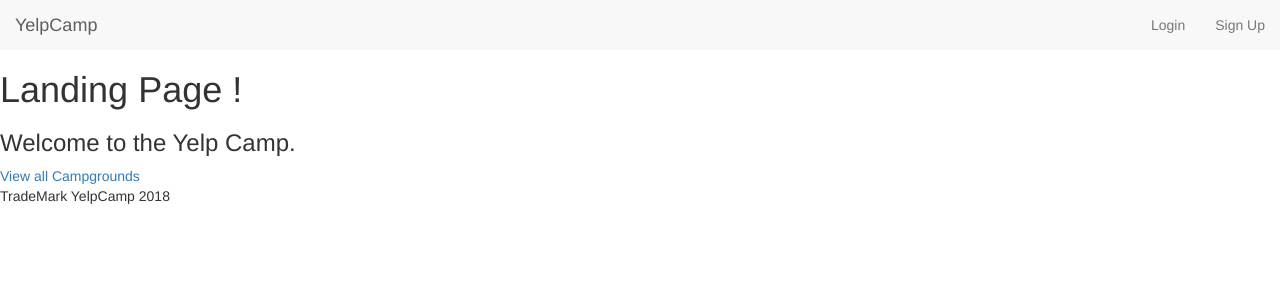
Repository: Kushagrakmr/c9backup
Page: http://localhost/
The author's editor kept a record of every edit. The page is drawn from the files as they stood at one moment, then again after the next edit.
The browser window is 1280 px wide. The pictures show the whole page.
The page is served by the project's Node server (YelpCamp/v11/app.js).

Above is the page before.

After the next edit:
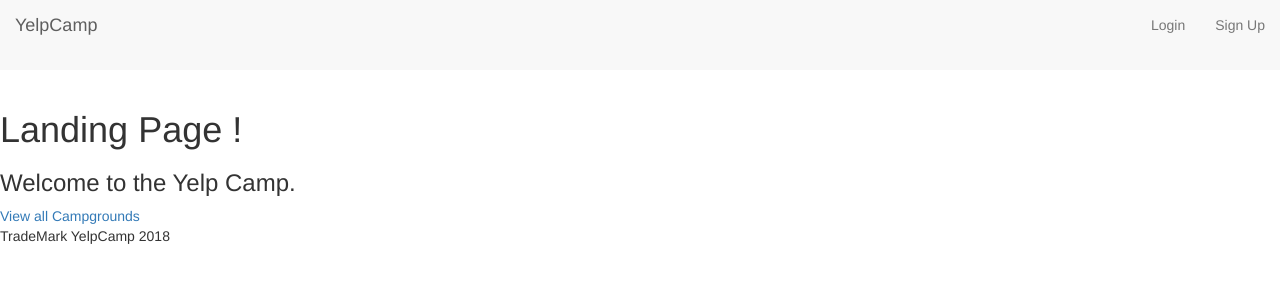
The edit:
--- a/YelpCamp/v11/public/stylesheets/main.css
+++ b/YelpCamp/v11/public/stylesheets/main.css
@@ -14,6 +14,6 @@
     display: inline;
 }
 
-.conatainer{
-    padding-top:15px !important;
+.nav {
+    margin-bottom: 20px;
 }
